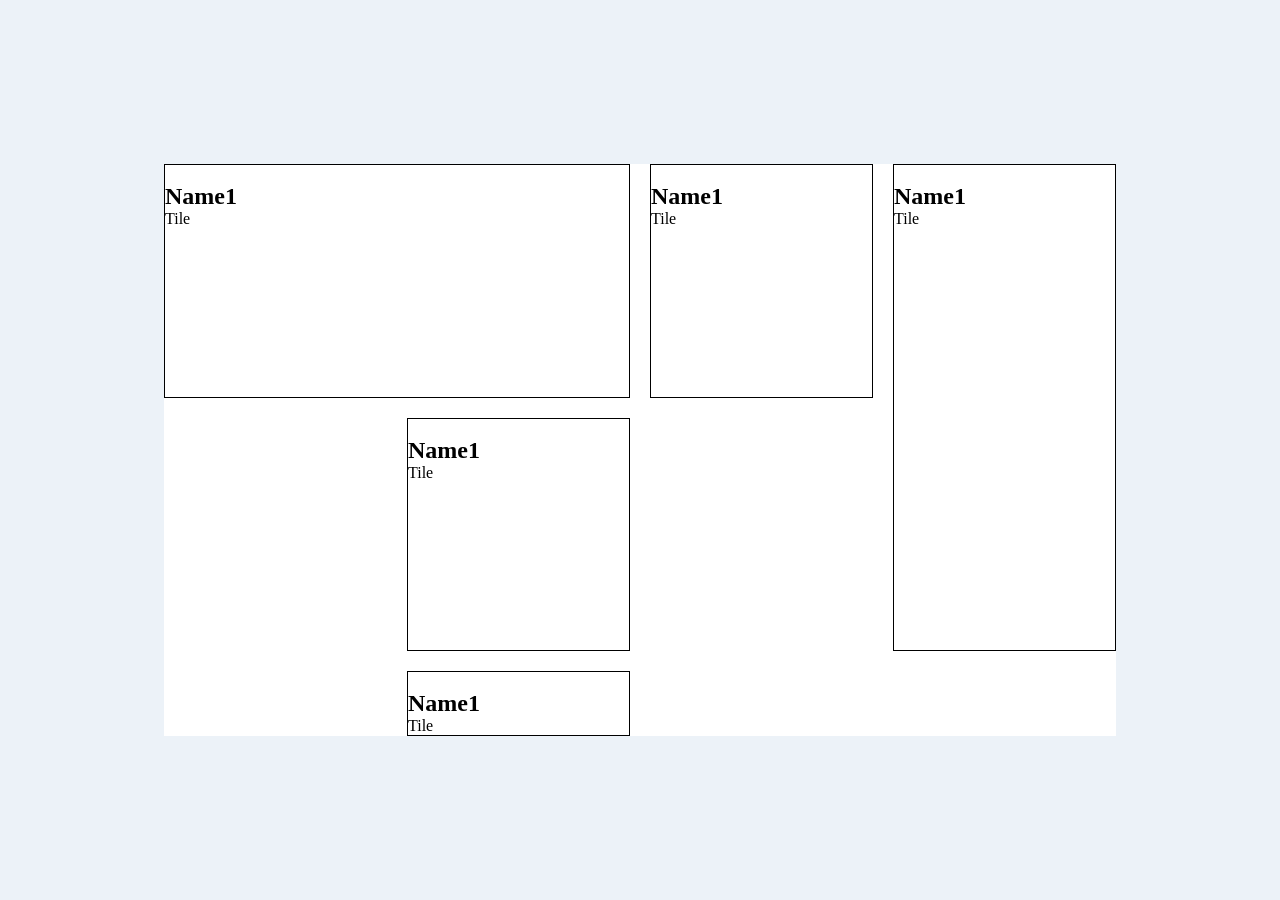
Repository: brandontaylor1/testimonial-card
Page: index.html
An editor plug-in stored every save of this project. The page is shown before and after the next save, followed by the edit.
The browser window is 1280 px wide. The pictures show the whole page.

Above is the page before, as saved 2025-01-10 23:13:17.

### index.html
<!DOCTYPE html>
<html lang="en">
<head>
    <meta charset="UTF-8">
    <meta name="viewport" content="width=device-width, initial-scale=1.0">
    <link rel="preconnect" href="https://fonts.googleapis.com">
    <link rel="preconnect" href="https://fonts.gstatic.com" crossorigin>
    <link href="https://fonts.googleapis.com/css2?family=Barlow+Semi+Condensed:ital,wght@0,100;0,200;0,300;0,400;0,500;0,600;0,700;0,800;0,900;1,100;1,200;1,300;1,400;1,500;1,600;1,700;1,800;1,900&display=swap" rel="stylesheet">
    <link rel="stylesheet" href="styles.css">
    <title>Testimonial Grid </title>
</head>
<body>
    <section class="container">
        <main class="testimonial-grid">
            <div class="card" id="card-1">
                <div class="profile-content">
                    <img src="" alt="" class="profile-img">
                    <div class="profile-text">
                        <h2>Name1</h2>
                        <p>Tile</p>
                    </div>
                </div>
                <h1 class="card-heading"></h1>
                <h2 class="card-subheading"></h2>
            </div>
            <div class="card" id="card-2">
                <div class="profile-content">
                    <img src="" alt="" class="profile-img">
                    <div class="profile-text">
                        <h2>Name1</h2>
                        <p>Tile</p>
                    </div>
                </div>
                <h1 class="card-heading"></h1>
                <h2 class="card-subheading"></h2>
            </div>
            <div class="card" id="card-3">
                <div class="profile-content">
                    <img src="" alt="" class="profile-img">
                    <div class="profile-text">
                        <h2>Name1</h2>
                        <p>Tile</p>
                    </div>
                </div>
                <h1 class="card-heading"></h1>
                <h2 class="card-subheading"></h2>
            </div>
            <div class="card" id="card-4">
                <div class="profile-content">
                    <img src="" alt="" class="profile-img">
                    <div class="profile-text">
                        <h2>Name1</h2>
                        <p>Tile</p>
                    </div>
                </div>
                <h1 class="card-heading"></h1>
                <h2 class="card-subheading"></h2>
            </div>
            <div class="card" id="card-5">
                <div class="profile-content">
                    <img src="" alt="" class="profile-img">
                    <div class="profile-text">
                        <h2>Name1</h2>
                        <p>Tile</p>
                    </div>
                </div>
                <h1 class="card-heading"></h1>
                <h2 class="card-subheading"></h2>
            </div>



        </main>
    </section>
</body>
</html>

### styles.css
* {
    margin: 0;
    padding: 0;
    box-sizing: border-box;
}

:root {

    --primary-moderate-violet: hsl(263, 55%, 52%);
    --primary-very-dark-grayish-blue: hsl(217, 19%, 35%);
    --primary-very-dark-blackish-blue: hsl(219, 29%, 14%);
    --primary-white: hsl(0, 0%, 100%);

    --secondary-neurtal-light-gray: hsl(0, 0%, 81%);
    --seconday-light-grayish-blue: hsl(210, 46%, 95%);
}

body {
    background-color: #ECF2F8;
    padding: 164px
}

.testimonial-grid {
    display: grid;
    grid-template-columns: repeat(4, 1fr);
    grid-template-rows: repeat(2, 1fr);
    gap: 20px;
    background-color: var(--primary-white);
    height: 572px;
}

.card {
    border: 1px solid black;
    height: 100%;
}

#card-1 {
    grid-column: 1 / span 2;
}

#card-2 {
    grid-column: 3 / span 1;
}

#card-3 {
    grid-column: 4 / span 1;
    grid-row: 1 / span 2;
}

#card-4 {
    grid-column: 2 / span 1;
    grid-row: 2 / span 1;
}

#card-5 {
    grid-column: 2 / 3;
    grid-row:  / span 2;

}

After the next save:
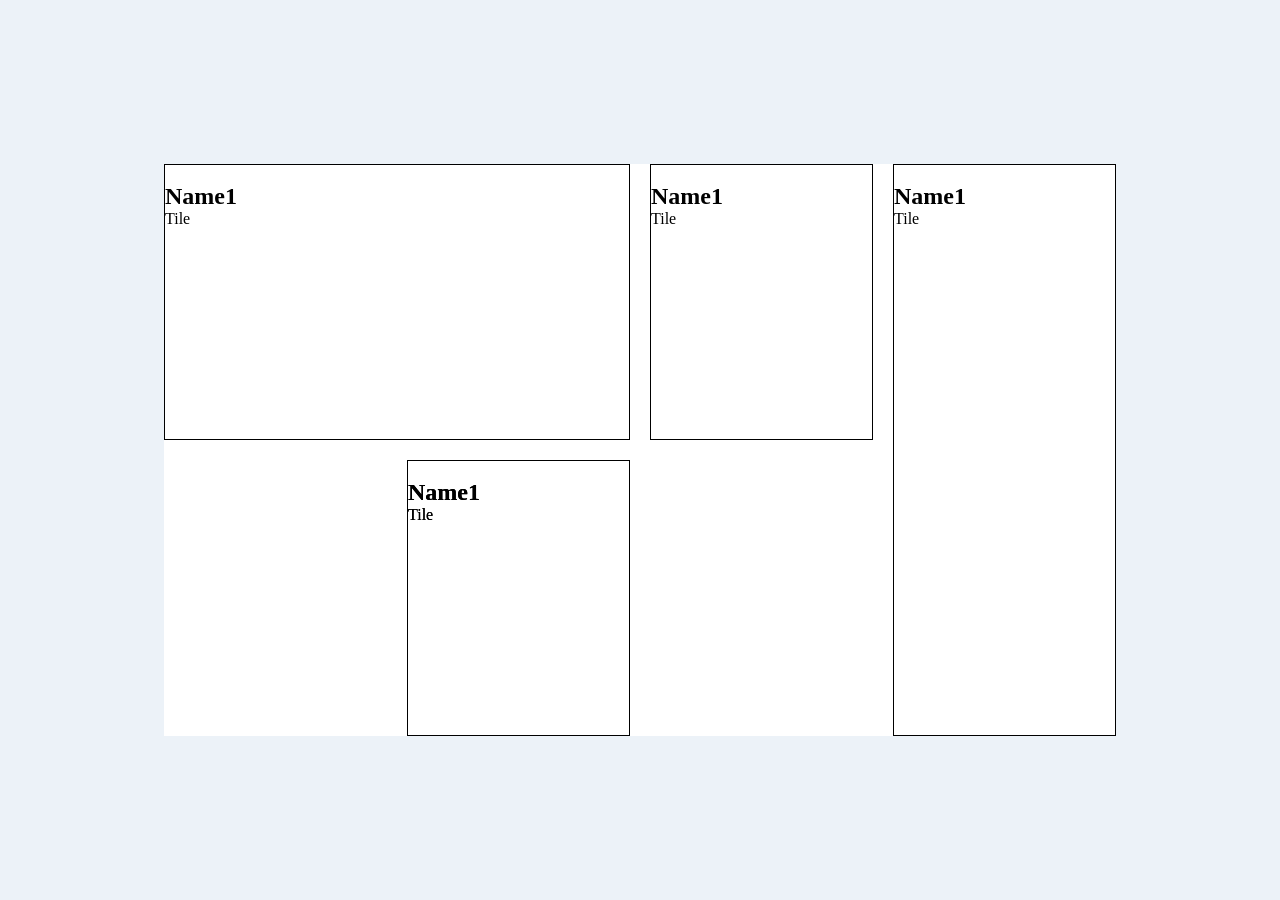
Saved 23 s later.
--- a/styles.css
+++ b/styles.css
@@ -54,6 +54,6 @@ body {
 
 #card-5 {
     grid-column: 2 / 3;
-    grid-row:  / span 2;
+    grid-row: 2 / span 1;
 
 }
